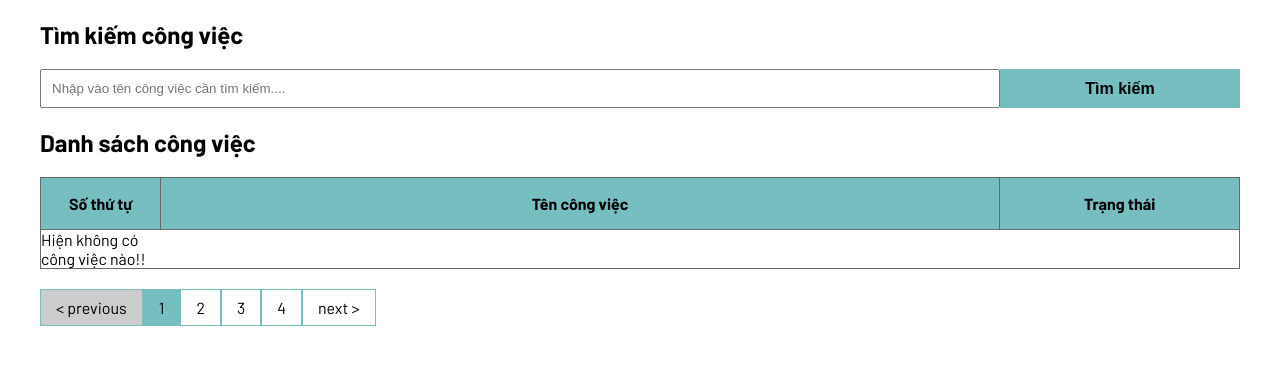
Repository: OkazakiTruong/searchReact
Page: /
The author's editor kept a copy of each file at every save. The page is drawn from the files as they stood at one save, then again after the next save.
The browser window is 1280 px wide. The pictures show the whole page.
The pointer rests on the first visible `.pagination .page-link`.
The page's requests for data from a server got no answer. The project was rebuilt for these pictures with package versions that can differ from the ones it lists, and the page was loaded fresh each time. No one was signed in, and anything a server would have sent is missing. Also part of the build but not shown: vite.config.js.

Above is the page before, as saved 2024-01-11 19:02:23.

After the next save:
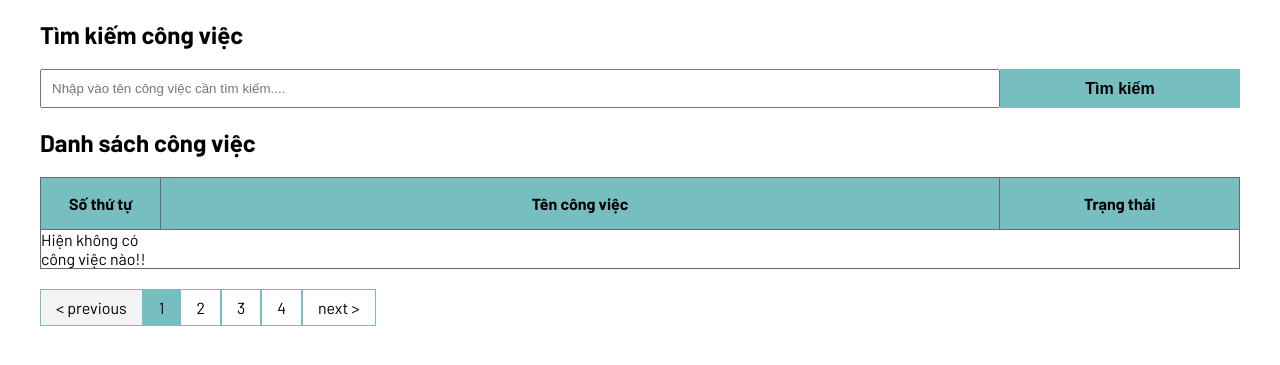
Saved 34 s later.
--- a/src/SearchApp/Pagination/pagination.css
+++ b/src/SearchApp/Pagination/pagination.css
@@ -13,7 +13,7 @@
 }
 
 .pagination .page-link:hover {
-  background-color: #ccc;
+  background-color: #f3f3f3;
 }
 
 .active {
